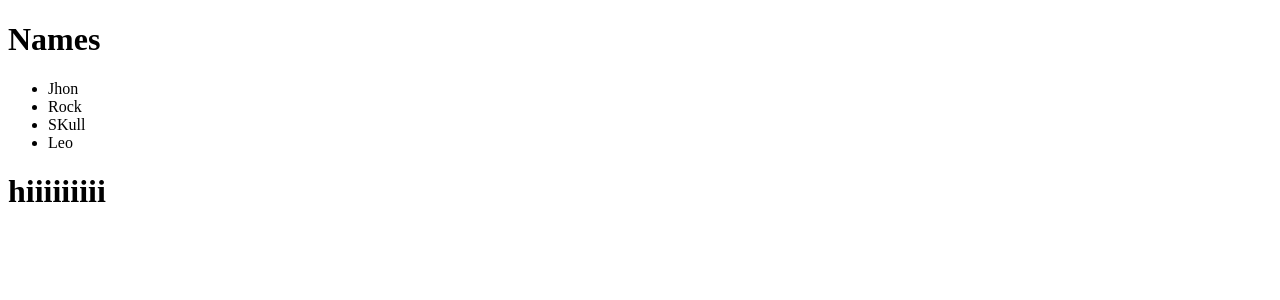
Repository: NithishKoriyar/phpprojectgh
Page: http://localhost/names.php
An editor plug-in stored every save of this project. The page is shown before and after the next save, followed by the edit.
The browser window is 1280 px wide. The pictures show the whole page.
The page is run by PHP 8.4 with error messages shown; the project is at /var/www/html/.

Above is the page before, as saved 2022-12-14 12:43:31.

After the next save:
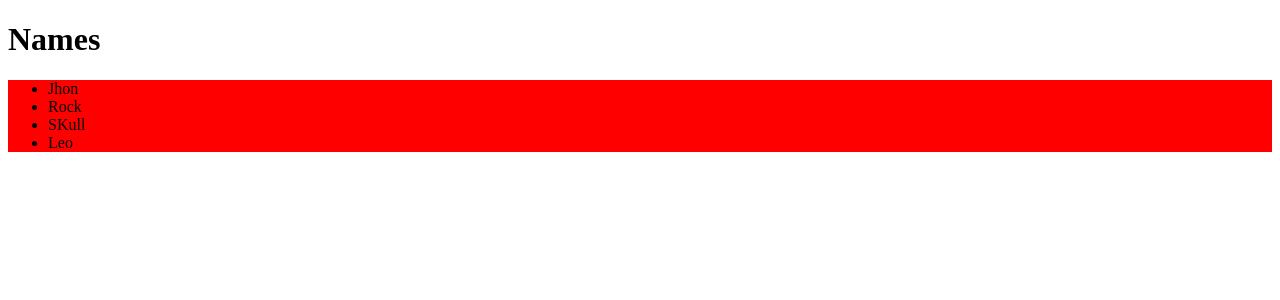
Saved 16 s later.
--- a/names.php
+++ b/names.php
@@ -10,17 +10,11 @@
     <title>Document</title>
     <style>
 
-        /* .more-names{
+        .more-names{
             background-color: red;
         }
         .some-names{
             background-color: green;
-        } */
-        .n{
-            color: red;
-        }
-        .m{
-            color: greenyellow;
         }
 
 
@@ -34,7 +28,6 @@
           <li><?= $name ?></li>
         <?php } ?>
     </ul>
-    <H1>hiiiiiiiii</H1>
 
 </body>
 </html>
